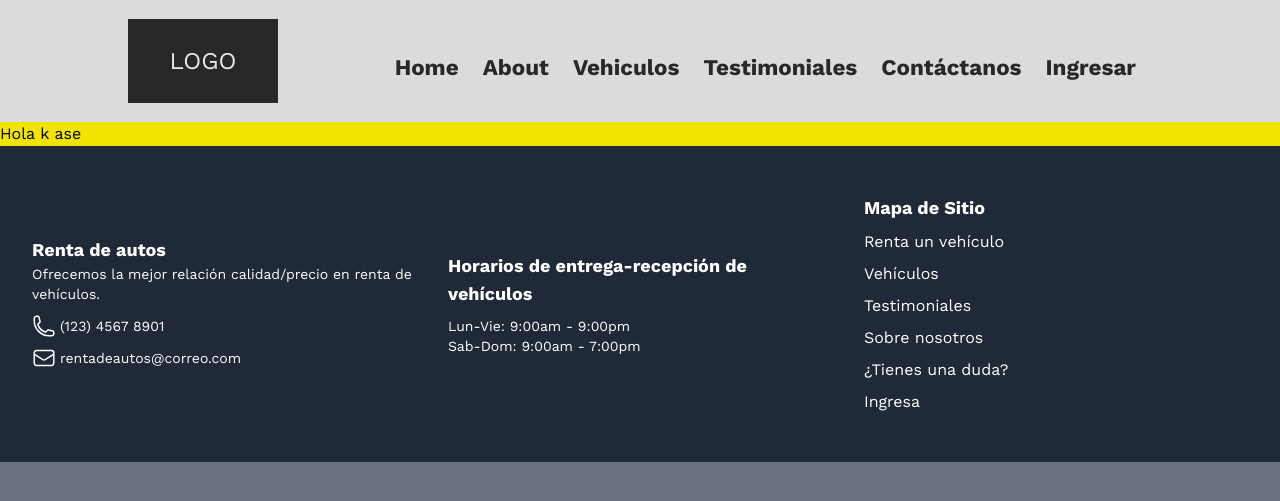
Repository: aldovelacasas/PF_RentCar2
Page: /
An editor plug-in stored every save of this project. The page is shown before and after the next save, followed by the edit.
The browser window is 1280 px wide. The pictures show the whole page.
The project was rebuilt for these pictures with package versions that can differ from the ones it lists, and the page was loaded fresh each time. The framework's server and built-in components were replaced by stand-ins that run in the browser. Also part of the build but not shown: next.config.js.

Above is the page before, as saved 2023-08-30 08:09:25.

### src/app/layout.jsx
import "./globals.css";
import Navbar from "@/components/Navbar/Navbar";
import Footer from "@/components/footer";
import { Inter } from "next/font/google";

const inter = Inter({ subsets: ["latin"] });

export const metadata = {
  title: "Create Next App",
  description: "Generated by create next app",
};

export default function RootLayout({ children }) {
  return (
    <html lang="en">
      <body className={inter.className}>
        <Navbar />
        <div className="">{children}</div>
        <Footer />
      </body>
    </html>
  );
}

### src/app/page.jsx
function HomePage() {
  return (
    <div className="bg-amarillo_status">
      <p>Hola k ase</p>
    </div>
  );
}

export default HomePage;

### src/app/globals.css
@tailwind base;
@tailwind components;
@tailwind utilities;

body {
   @apply bg-gray-500; /* Fondo más claro */
   color: gray-800; /* Texto oscuro */
}

### src/components/NavBar/Navbar.jsx
"use client";

import Link from "next/link";
// import Image from "next/image";
import React, { useState } from "react";
// import Logo from "./Logo";
import NavItem from "./NavItem";
import "./nav.css";

const MENU_LIST = [
  { text: "Home", href: "/" },
  { text: "About", href: "/about" },
  { text: "Vehiculos", href: "/" },
  { text: "Testimoniales", href: "/" },
  { text: "Contáctanos", href: "/" },
  { text: "Ingresar", href: "/" },
];
const Navbar = () => {
  const [navActive, setNavActive] = useState(null);
  const [activeIdx, setActiveIdx] = useState(-1);

  return (
    <>
      <nav className={`nav navBar`}>
        <div className="boxLogo">
          <Link href="/about">
            <h1 className="logo">LOGO</h1>
          </Link>
          <div className="HomeLogo">
            <Link href="/">
              <span className="nav__item">Home</span>
            </Link>
          </div>
        </div>

        <div
          onClick={() => setNavActive(!navActive)}
          className={`nav__menu-bar`}>
          <div></div>
          <div></div>
          <div></div>
        </div>
        <div className={`${navActive ? "active" : ""} nav__menu-list`}>
          {MENU_LIST.map((menu, idx) => (
            <div
              onClick={() => {
                setActiveIdx(idx);
                setNavActive(false);
              }}
              key={menu.text}
              className={menu.text === "Home" ? "HomeMenu" : ""}>
              <NavItem
                active={activeIdx === idx}
                className={menu.text === "Home" ? "HomeMenu" : ""}
                {...menu}
              />
            </div>
          ))}
        </div>
      </nav>
    </>
  );
};

export default Navbar;

### src/components/footer.jsx
"use client";
import Link from "next/link";

function Footer() {
  return (
    <div className="bg-gray-800 text-white py-8 flex flex-col sm:flex-row justify-between items-center p-4 font-poppins">
      <div className="sm:w-1/3 p-4">
        <h3 className="text-lg font-semibold">Renta de autos</h3>
        <p className="text-sm">
          Ofrecemos la mejor relación calidad/precio en renta de vehículos.
        </p>
        <div className="flex items-center text-sm mt-2">
          <svg
            xmlns="http://www.w3.org/2000/svg"
            fill="none"
            viewBox="0 0 24 24"
            strokeWidth={1.5}
            stroke="currentColor"
            className="w-6 h-6">
            <path
              strokeLinecap="round"
              strokeLinejoin="round"
              d="M2.25 6.75c0 8.284 6.716 15 15 15h2.25a2.25 2.25 0 002.25-2.25v-1.372c0-.516-.351-.966-.852-1.091l-4.423-1.106c-.44-.11-.902.055-1.173.417l-.97 1.293c-.282.376-.769.542-1.21.38a12.035 12.035 0 01-7.143-7.143c-.162-.441.004-.928.38-1.21l1.293-.97c.363-.271.527-.734.417-1.173L6.963 3.102a1.125 1.125 0 00-1.091-.852H4.5A2.25 2.25 0 002.25 4.5v2.25z"
            />
          </svg>

          <span className="m-1">(123) 4567 8901</span>
        </div>
        <div className="flex items-center text-sm mt-1">
          <svg
            xmlns="http://www.w3.org/2000/svg"
            fill="none"
            viewBox="0 0 24 24"
            strokeWidth={1.5}
            stroke="currentColor"
            className="w-6 h-6">
            <path
              strokeLinecap="round"
              strokeLinejoin="round"
              d="M21.75 6.75v10.5a2.25 2.25 0 01-2.25 2.25h-15a2.25 2.25 0 01-2.25-2.25V6.75m19.5 0A2.25 2.25 0 0019.5 4.5h-15a2.25 2.25 0 00-2.25 2.25m19.5 0v.243a2.25 2.25 0 01-1.07 1.916l-7.5 4.615a2.25 2.25 0 01-2.36 0L3.32 8.91a2.25 2.25 0 01-1.07-1.916V6.75"
            />
          </svg>

          <span className="m-1"> rentadeautos@correo.com</span>
        </div>
      </div>
      <div className="sm:w-1/3 p-4 mt-4 sm:mt-0">
        <h4 className="text-lg font-semibold">
          Horarios de entrega-recepción de vehículos
        </h4>
        <p className="text-sm mt-2">
          Lun-Vie: 9:00am - 9:00pm
          <br />
          Sab-Dom: 9:00am - 7:00pm
        </p>
      </div>
      <div className="sm:w-1/3 p-4 mt-4 sm:mt-0 w-full">
        <h2 className="text-lg font-semibold">Mapa de Sitio</h2>
        <ul className="mt-2 space-y-2 sm:ml-0 sm:pl-0">
          <li>
            <Link href="/rent">Renta un vehículo</Link>
          </li>
          <li>
            <Link href="/cars">Vehículos</Link>
          </li>
          <li>
            <Link href="/testimoniales">Testimoniales</Link>
          </li>
          <li>
            <Link href="/about">Sobre nosotros</Link>
          </li>
          <li>
            <Link href="/contact">¿Tienes una duda?</Link>
          </li>
          <li>
            <Link href="/signin">Ingresa</Link>
          </li>
        </ul>
      </div>
    </div>
  );
}

export default Footer;

### src/components/NavBar/NavItem.jsx
import Link from "next/link";
const NavItem = ({ text, href, active }) => {
  const className =
    text === "Home"
      ? "nav__item HomeMenu"
      : `nav__item ${active ? "active" : ""}`;
  return (
    <Link href={href}>
      <span className={className}>{text}</span>
    </Link>
  );
};

export default NavItem;

### src/components/NavBar/nav.css
@import url("https://fonts.googleapis.com/css2?family=Work+Sans:wght@400;500;700&display=swap");
@import url("https://fonts.googleapis.com/css2?family=Rubik:wght@500&display=swap");
* {
  margin: 0;
  padding: 0;
  outline: none;
  box-sizing: border-box;
  font-family: "Work Sans", sans-serif;
}
a {
  text-decoration: none;
  color: inherit;
}
.navBar {
  position: sticky;
  z-index: 30;
  top: 0;
}
nav {
  font-family: "Rubik", sans-serif;
  font-size: 0.8em;
  display: flex;
  justify-content: space-between;
  align-items: center;
  background-color: #dbdbdb;
  color: #282828;
  padding: 2%;
}

.logo {
  background-color: #282828;
  color: #e9e9e9;
  width: 80px;
  text-align: center;
  padding: 1rem;
  font-size: 1rem;
}

.nav__menu-bar {
  display: flex;
  flex-direction: column;
  row-gap: 6px;
  cursor: pointer;
}
.nav__menu-bar div {
  width: 40px;
  height: 4px;
  background-color: #282828;
  margin-right: 1rem;
  border-radius: 2px;
}
.nav__menu-list {
  display: flex;
  flex-direction: column;
  position: fixed;
  top: 80px;
  width: 180px;
  row-gap: 24px;
  right: -300px;
  padding: 24px 16px;
  margin-top: 0.9rem;
  transition: all 0.2s;
  min-height: calc(100vh - 60px);
  font-size: 1.4rem;
  background-color: #f1f1f1;
}
.nav__menu-list.active {
  right: 0;
  top: 53px;
}
.nav__menu-list span {
  font-weight: 600;
  transition: all 0.3s;
}

.nav__menu-list span:hover {
  /* font-weight: bold; */
  color: #ea4f39;
}
.boxLogo {
  display: flex;
  align-items: center;
  gap: 1rem;
}

.HomeLogo {
  font-size: 1.5rem;
  font-weight: 600;
  transition: 0.3s;
}

.HomeLogo:hover {
  color: #ea4f39;
}
.center {
  min-height: 600px;
  display: flex;
  justify-content: center;
  align-items: center;
}

.HomeMenu {
  display: none;
}

@media screen and (min-width: 1100px) {
  nav {
    padding: 1% 10% 1% 10%;
  }
  .HomeMenu {
    display: block;
  }
  .nav__menu-list {
    background-color: #dbdbdb;
  }
  .HomeLogo {
    display: none;
    font-size: 2rem;
  }
  .logo {
    background-color: #282828;
    color: #e9e9e9;
    width: 150px;
    text-align: center;
    padding: 1.5rem;
    font-size: 1.5rem;
  }
  .nav__menu-bar {
    display: none;
  }
  .nav__menu-list {
    position: unset;

    flex-direction: row;
    min-height: fit-content;
    width: fit-content;
    column-gap: 24px;
    align-items: center;
  }
  .nav__link::before {
    content: "";
    position: absolute;
    width: 0%;
    height: 6px;
    bottom: -16px;
    left: 0;
    background-color: black;

    transition: all 0.2s;
  }

  .nav__link:hover:before {
    width: 100%;
  }
}

### tailwind.config.js
/** @type {import('tailwindcss').Config} */
module.exports = {
  content: [
    "./src/pages/**/*.{js,ts,jsx,tsx,mdx}",
    "./src/components/**/*.{js,ts,jsx,tsx,mdx}",
    "./src/app/**/*.{js,ts,jsx,tsx,mdx}",
  ],
  theme: {
    extend: {
      backgroundImage: {
        "gradient-radial": "radial-gradient(var(--tw-gradient-stops))",
        "gradient-conic":
          "conic-gradient(from 180deg at 50% 50%, var(--tw-gradient-stops))",
      },
      colors: {
        gris_fondo: "#dbdbdb",
        gris_frente: "#e9e9e9",
        negro_fondo: "#282828",
        naranja_enf: "#ea4f39",
        rojo_status: "#e30613",
        verde_status: "#4aaf4d",
        amarillo_status: "#f0e400",
      },
    },
  },
  plugins: [],
};

After the next save:
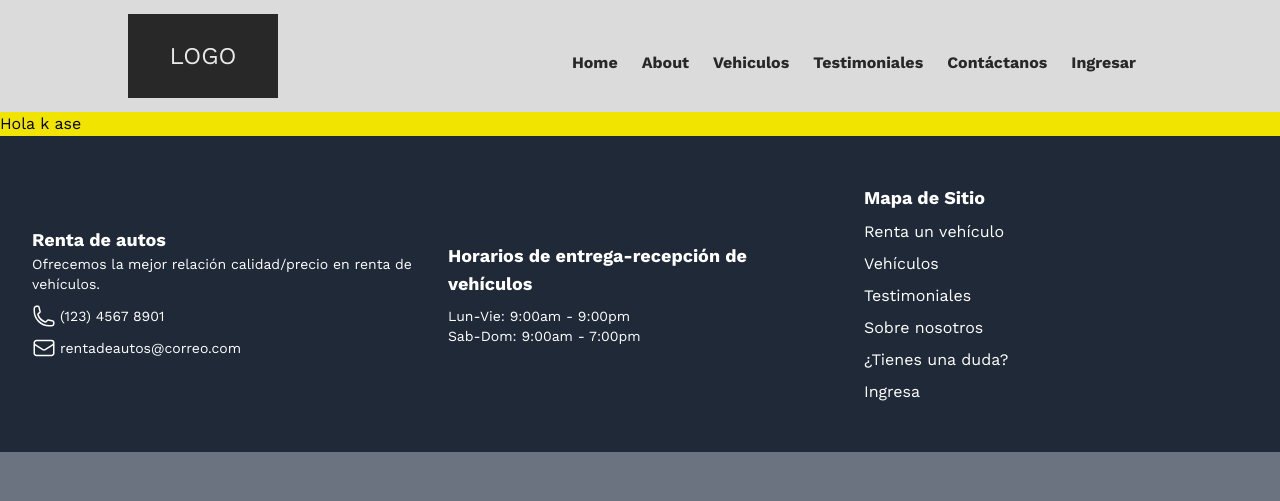
Saved 22 s later.
--- a/src/components/NavBar/nav.css
+++ b/src/components/NavBar/nav.css
@@ -18,7 +18,6 @@ a {
 }
 nav {
   font-family: "Rubik", sans-serif;
-  font-size: 0.8em;
   display: flex;
   justify-content: space-between;
   align-items: center;
@@ -61,7 +60,7 @@ nav {
   margin-top: 0.9rem;
   transition: all 0.2s;
   min-height: calc(100vh - 60px);
-  font-size: 1.4rem;
+  font-size: 1rem;
   background-color: #f1f1f1;
 }
 .nav__menu-list.active {
